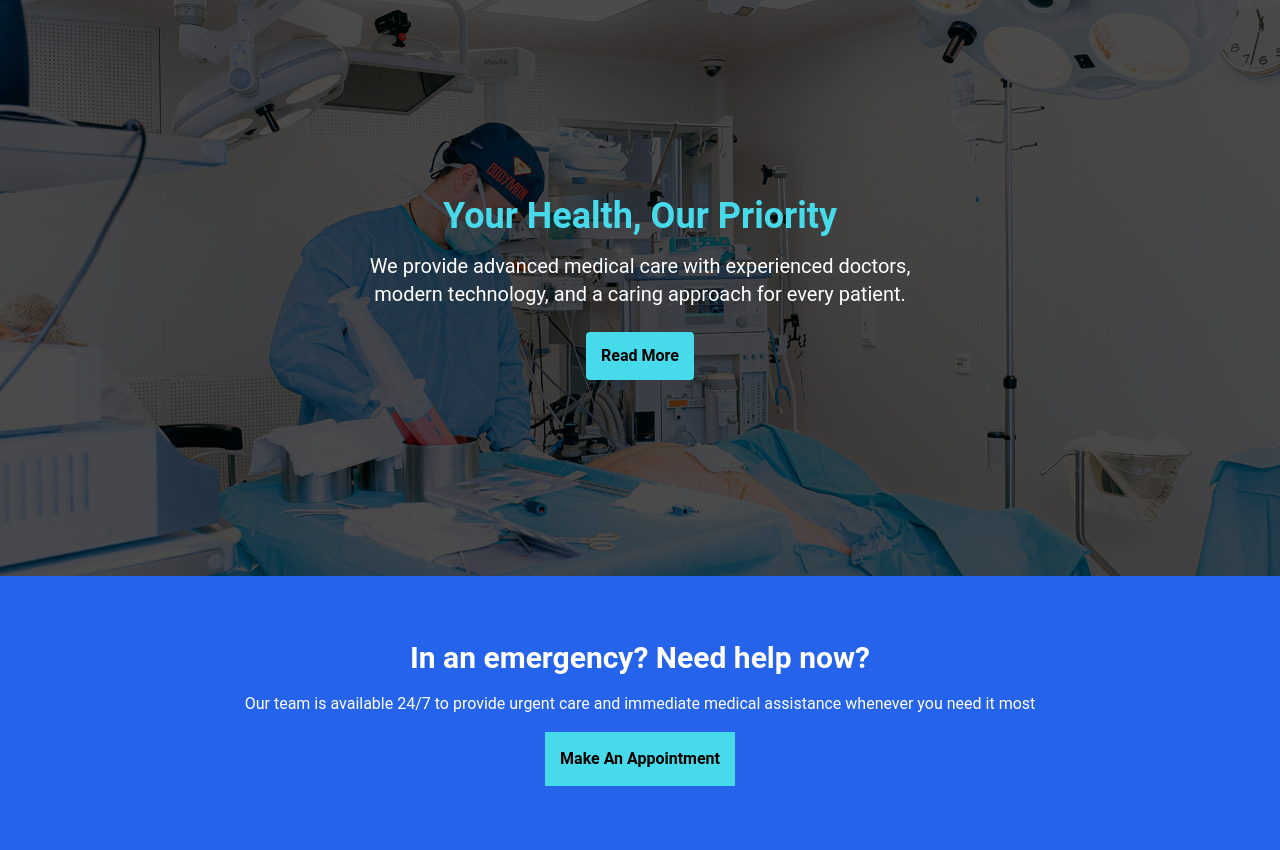
Repository: ahmedkhaleddev02-del/DoctorAppointment-MERN
Page: / (app in frontend/frontend/)
These files come from the project's save history. The page is drawn as it stood at one moment and after the next save; the edit follows.
The browser window is 1280 px wide. The pictures show the whole page.
The project was rebuilt for these pictures with package versions that can differ from the ones it lists, and the page was loaded fresh each time.

Above is the page before, as saved 2025-07-27 18:00:07.

### frontend/frontend/src/index.css
@tailwind base;
@tailwind components;
@tailwind utilities;
@import url('https://fonts.googleapis.com/css2?family=Liter&family=Outfit:wght@100..900&family=Roboto:ital,wght@0,100..900;1,100..900&family=Sansita:ital,wght@0,400;0,700;0,800;0,900;1,400;1,700;1,800;1,900&display=swap');

@import "slick-carousel/slick/slick.css";
@import "slick-carousel/slick/slick-theme.css";


*,body{
  font-family: roboto;
}


button{
  background: #46daea !important;
  padding: 15px;
  color:black;
  font-weight: bold;
  transition: ease-in-out 0.3s !important;


}

button:hover{
  background: #43b0ba !important;
}

### frontend/frontend/src/App.js
import Home from "./pages/Home";
function App() {
  return (
    <>

    <Home/>
    </>
  );
}

export default App;

### frontend/frontend/src/pages/Home.jsx
import React from 'react'
import CallToAction from '../components/CallToAction'
import HeroSlider from '../components/HeroSlider'
function Home() {
  return (
    <div>
        <HeroSlider/>
        <CallToAction/>

    </div>
  )
}

export default Home

### frontend/frontend/src/components/CallToAction.jsx
import React from 'react'

function CallToAction() {
  return (
    <section  className="bg-blue-600 text-white py-16">
        <div className='max-w-4xl mx-auto text-center px-4'>
        <h3 className='text-3xl font-bold mb-4'> In an emergency? Need help now?</h3>
        <p className='mt-2 mb-2'>Our team is available 24/7 to provide urgent care and immediate medical assistance whenever you need it most</p>

        <button className='mt-2'>Make An Appointment</button>
        </div>

    </section>
  )
}

export default CallToAction

### frontend/frontend/src/components/HeroSlider.jsx
import React from 'react'
import Slider from "react-slick";
import carousel_1 from "../img/hero-carousel/hero-carousel-1.jpg"

import carousel_2 from "../img/hero-carousel/hero-carousel-2.jpg"


import carousel_3 from "../img/hero-carousel/hero-carousel-3.jpg"

function HeroSlider() {

const settings = {
    dots: true,
    infinite: true,
    autoplay: true,
    autoplaySpeed: 5000,
    fade: true,
    arrows: false
  };


  const slides = [
  {
    image: carousel_1,
    title: "Your Health, Our Priority",
    text: "We provide advanced medical care with experienced doctors, modern technology, and a caring approach for every patient.",
  },
  {
    image: carousel_2,
    title: "Specialized Medical Services",
    text: "From cardiology to pediatrics, our expert teams are ready to help you and your family stay healthy and safe.",
  },
  {
    image: carousel_3,
    title: "Easy Online Appointments",
    text: "Book your appointment quickly and conveniently with top doctors at your preferred time.",
  }
];



  return (
    <section className='relative w-full h-[80vh] overflow-hidden' >
        <Slider {...settings}>
                {slides.map((slide,index)=>(
                    <div  key={index} className="relative w-full h-[80vh]">

                <img  src={slide.image}   className="w-full h-full object-cover"/>

            <div className="absolute inset-0 bg-black bg-opacity-70 flex flex-col justify-center items-center text-center text-white px-4">

                    <h2 className='text-4xl text-[#46daea] font-bold mb-4'>{slide.title}</h2>

             <p className="max-w-xl text-xl ">{slide.text}</p>

             <button className="mt-6 inline-block  py-3 rounded ">
              Read More

             </button>

                </div>

                    </div>
                ))}


        </Slider>
    </section >
  )
}

export default HeroSlider

Loaded but not shown: frontend/frontend/public/index.html (common file); frontend/frontend/src/index.js (common file); frontend/frontend/tailwind.config.js (common file)

After the next save:
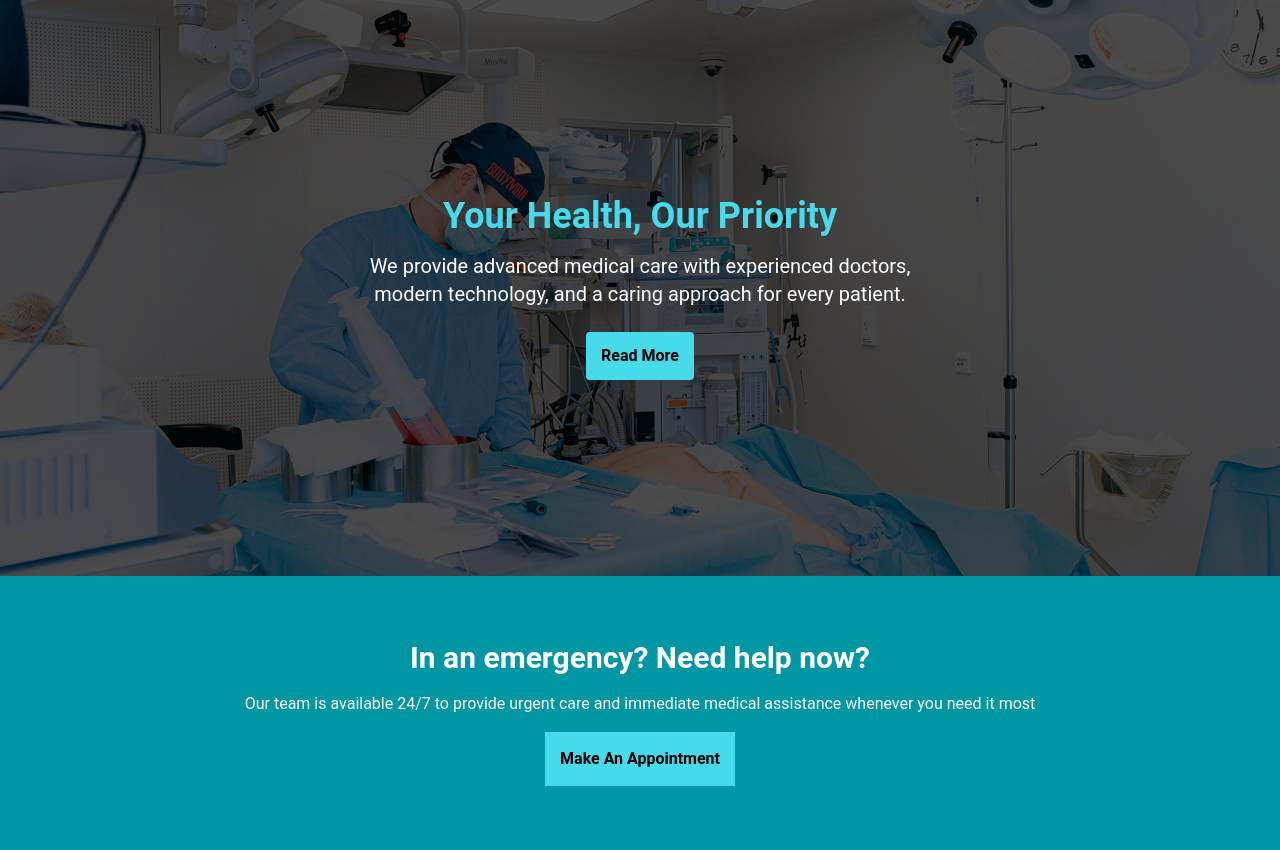
Saved 32 s later.
--- a/frontend/frontend/src/components/CallToAction.jsx
+++ b/frontend/frontend/src/components/CallToAction.jsx
@@ -2,7 +2,7 @@
 
 function CallToAction() {
   return (
-    <section  className="bg-blue-600 text-white py-16">
+    <section  className="bg-[#0097a5] text-white py-16">
         <div className='max-w-4xl mx-auto text-center px-4'>
         <h3 className='text-3xl font-bold mb-4'> In an emergency? Need help now?</h3>
         <p className='mt-2 mb-2'>Our team is available 24/7 to provide urgent care and immediate medical assistance whenever you need it most</p>
